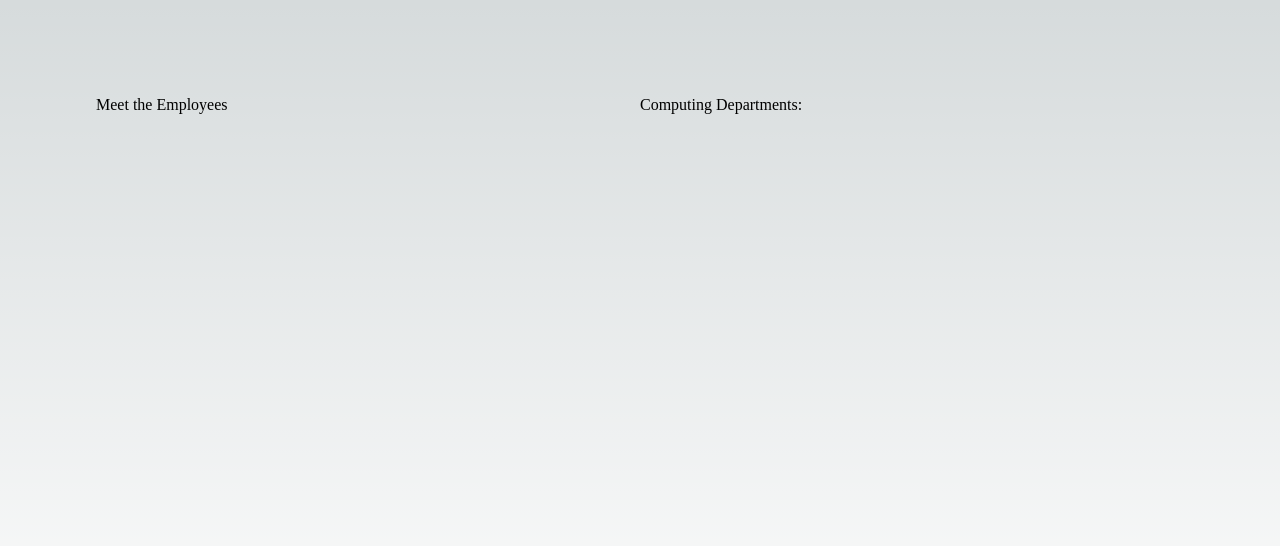
Repository: cheungglenda/MDIA2109-Week3
Page: /about
These files come from the project's save history. The page is drawn as it stood at one moment and after the next save; the edit follows.
The browser window is 1280 px wide. The pictures show the whole page.
The project was rebuilt for these pictures with package versions that can differ from the ones it lists, and the page was loaded fresh each time. The framework's server and built-in components were replaced by stand-ins that run in the browser. Also part of the build but not shown: next.config.js, components/Card/about.js.

Above is the page before, as saved 2023-01-19 12:54:39.

### pages/about.js
import Head from 'next/head'
import { Inter } from '@next/font/google'
import styles from '@/styles/Home.module.css'
import aboutdata from '../data/about.json'
import { useState } from 'react'
import employeeCard from '../components/Card/about'
import Link from 'next/link'

export default function About() {

    const [aboutEmployees, setaboutEmployees] = useState([...aboutdata])
    console.log(aboutdata);

    return (
   <>
      <Head>
        <title>About Page</title>
        <meta name="description" content="Meet the Employees" />
        <meta name="viewport" content="width=device-width, initial-scale=1" />
        <link rel="icon" href="/favicon.ico" />
      </Head>
      <main className={styles.main}>

        <div className={styles.grid}>
          <div>Meet the Employees</div>
          {aboutEmployees && aboutEmployees.map((aboutdata, index) => {
            if(aboutdata.department.toLowerCase() === "business") {
            return (
              <employeeCard key={index} firstname={aboutdata.firstName} jobtitle={aboutdata.jobTitle} color="red" font="25px"/>
            )
          }
          })}
           <div>Computing Departments:</div>
          {aboutEmployees && aboutEmployees.map((aboutdata, index) => {
            if(aboutdata.department.toLowerCase() === "human resources") {
            return (
              <employeeCard key={index} department={aboutdata.department} color="blue" font="25px"/>
            )
          }
          })}
        </div>
      </main>
    </>
  )
}

### data/about.json
[
    {
        "firstName": "Jane",
        "lastName": "Doe",
        "department": "Business",
        "jobTitle": "Financial Analyst",
        "yearsWorked": 3
    },
    {
        "firstName": "John",
        "lastName": "Smith",
        "department": "Human Resources",
        "jobTitle": "Human Resources Coordinator",
        "yearsWorked": 4
    },
    {
        "firstName": "Wendy",
        "lastName": "Lee",
        "department": "Administration",
        "jobTitle": "Receptionist",
        "yearsWorked": 8
    }
]

Loaded but not shown: pages/_app.js (common file); pages/_document.js (common file); styles/globals.css (common file); styles/Home.module.css (common file)

After the next save:
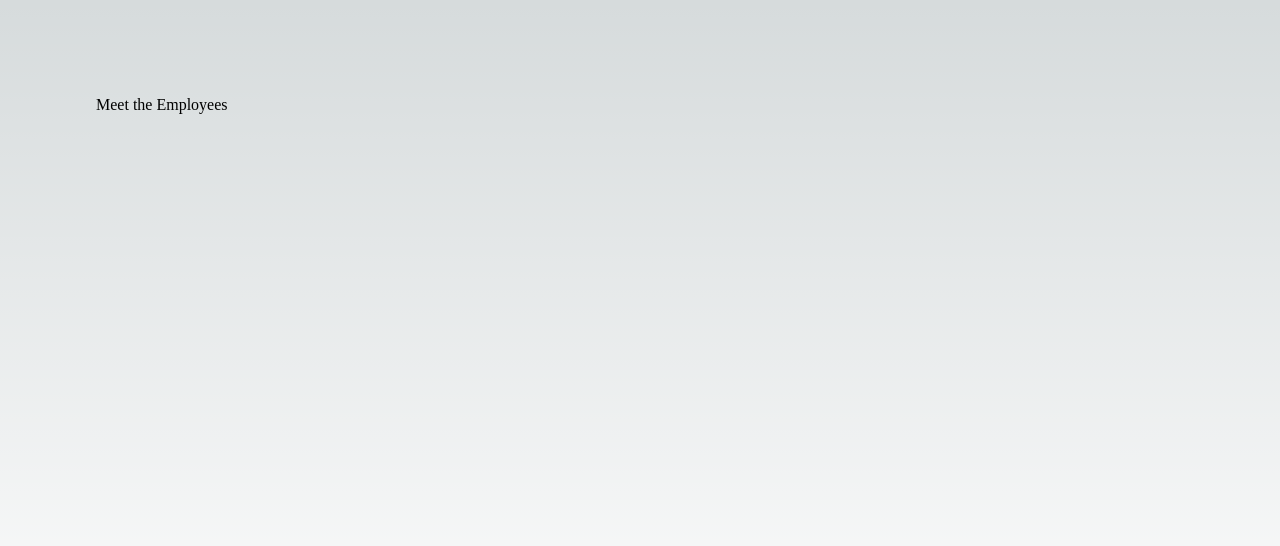
Saved 14 s later.
--- a/pages/about.js
+++ b/pages/about.js
@@ -30,7 +30,7 @@ export default function About() {
             )
           }
           })}
-           <div>Computing Departments:</div>
+
           {aboutEmployees && aboutEmployees.map((aboutdata, index) => {
             if(aboutdata.department.toLowerCase() === "human resources") {
             return (
